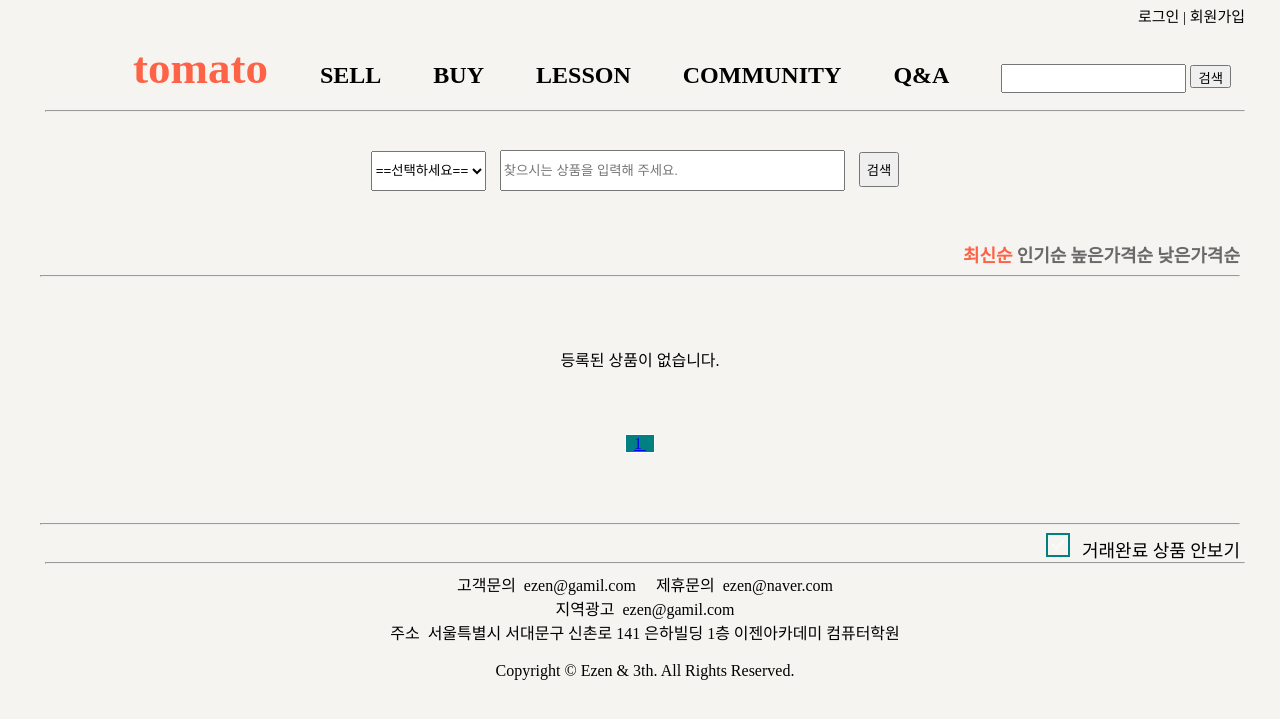
Repository: javadogfoot/semi-project
Page: http://localhost/tomato/buy/buyList.jsp?col=s_idx&range=desc
These files come from the project's save history. The page is drawn as it stood at one moment and after the next save; the edit follows.
The browser window is 1280 px wide. The pictures show the whole page.
The page is served by Tomcat 9. Queries for data that is not in the repository find no rows.

Above is the page before, as saved 2021-10-16 03:01:51.

After the next save:
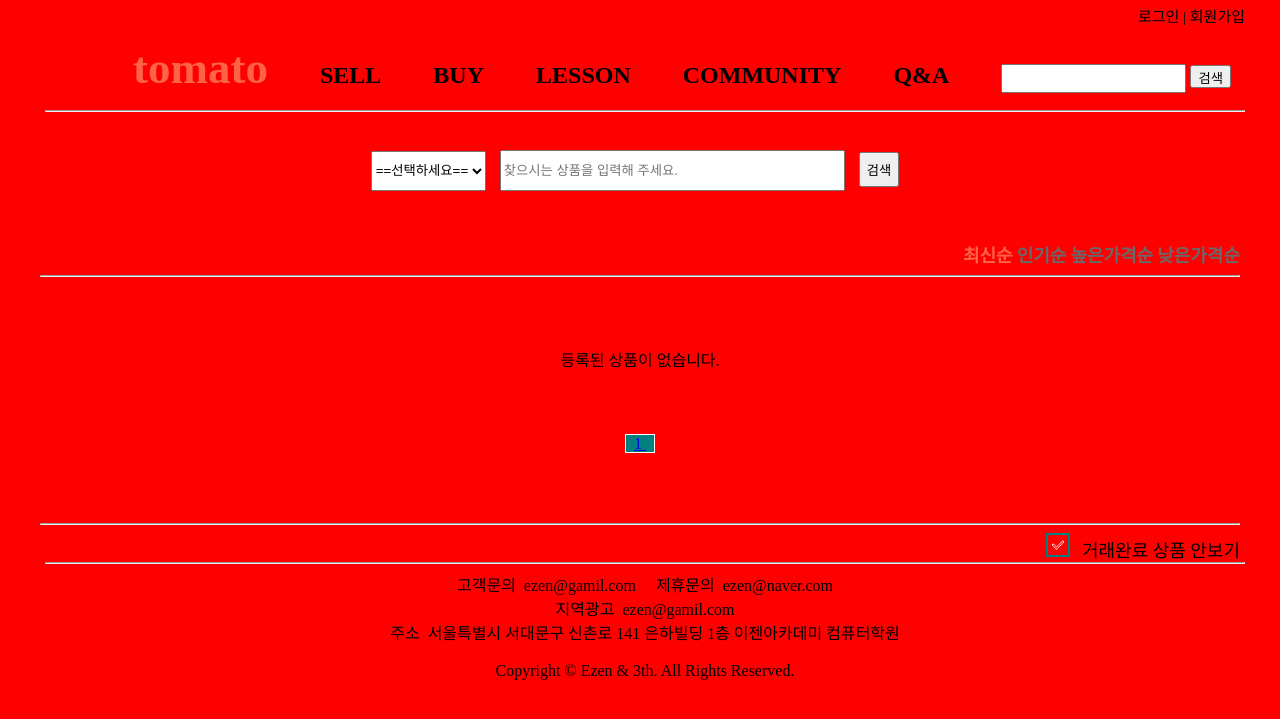
Saved 21 s later.
--- a/semi프로젝트워크스페이스/tomato/src/main/webapp/css/mainLayout.css
+++ b/semi프로젝트워크스페이스/tomato/src/main/webapp/css/mainLayout.css
@@ -1,6 +1,6 @@
 @charset "UTF-8";
 body{
-	background: #f5f4f0;
+	background: red;
 	margin: 5px auto;
 	width: 1200px;
 }
